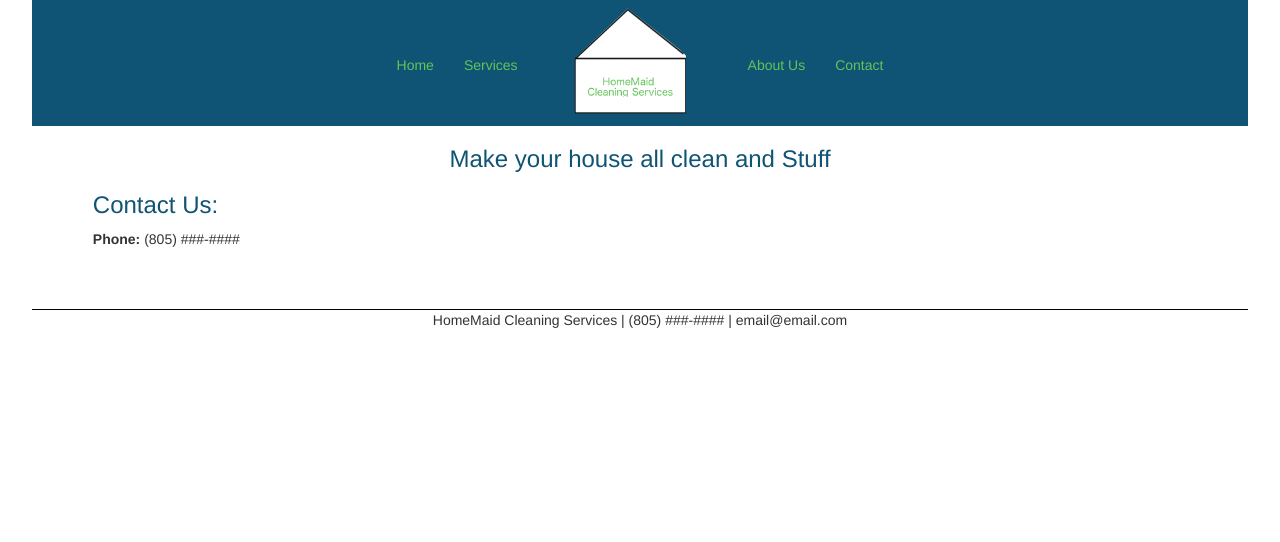
Repository: alprusa/HomeMaid-Cleaning-Service
Page: HomeMaid-Cleaning-Service/contact/index.html
The author's editor kept a copy of each file at every save. The page is drawn from the files as they stood at one save, then again after the next save.
The browser window is 1280 px wide. The pictures show the whole page.

Above is the page before, as saved 2016-07-11 04:02:09.

### HomeMaid-Cleaning-Service/contact/index.html
<!DOCTYPE html>
<html lang="en">
	<head>
		<meta charset="utf-8">

		<!-- Always force latest IE rendering engine (even in intranet) & Chrome Frame
		Remove this if you use the .htaccess -->
		<meta http-equiv="X-UA-Compatible" content="IE=edge,chrome=1">

		<title>Contact</title>
		<meta name="description" content="">
		<meta name="author" content="Alisa Prusa">

		<meta name="viewport" content="width=device-width; initial-scale=1.0">

		<!-- Replace favicon.ico & apple-touch-icon.png in the root of your domain and delete these references -->
		<link rel="shortcut icon" href="/favicon.ico">
		<link rel="apple-touch-icon" href="/apple-touch-icon.png">

		<link href="../defaultStyle.css" rel="stylesheet" type="text/css">
		<link rel="stylesheet" href="../bootstrap/css/bootstrap.min.css">
	</head>

	<body>
		<div id="mainContainter">
			<!--Navbar html section-->
			<nav class="navbar navbar-static-top" role="navigation">
                <div class="container-fluid">
                	<div class="navbar-header">
                        <!--Button that is created for menu when screen size reaches a certain limit-->
                        <button type="button" class="navbar-toggle" data-toggle="collapse" data-target=".navbar-collapse">
                            <span class="icon-bar"></span>
                            <span class="icon-bar"></span>
                            <span class="icon-bar"></span>
                        </button>
       				 </div>

                    <!--Buttons to go to different pages of the website-->
                    <div class="collapse navbar-collapse" id="navItems">
                        <ul class="nav navbar-nav">
                            <li class="navTabs"><a href="../">Home</a></li>
							<li class="navTabs"><a href="../services/">Services</a></li>
							<li>
								<div class="navbar-header">
                        			<!--Logo image button to go make to main page-->
                       				 <a href="../"><img src="../img/TempLogo.png" class="img-responsive" id="logo"/></a>
                       				 <!--<form action="#">
										 <button type="submit" id="appointment" href="#">Make an Appointment</button>
									 </form>-->
                   				 </div>
	                        </li>
							<li class="navTabs"><a href="../about/">About Us</a></li>
							<li class="navTabs"><a href="../contact/">Contact</a></li>
                        </ul>
                    </div>
                </div>
			</nav>

			<div id="bodyContent">
				<h3 style="text-align: center;">Make your house all clean and Stuff</h3>

		        <div class="infoSection">
			        <h3>Contact Us:</h3>
			        <p><b>Phone: </b>(805) ###-####</p>
		        </div>
			</div>

			<footer>
				<p>
					HomeMaid Cleaning Services | (805) ###-#### | email@email.com
				</p>
			</footer>
		</div>

		<script src="../jquery-1.2.0.js"></script>
    	<script src="../bootstrap/js/bootstrap.min.js"></script>
	</body>
</html>

### HomeMaid-Cleaning-Service/defaultStyle.css
#mainContainter{
	width: 95%;
	margin: auto;
}

a{
	color: #62c458 !important;
}

mark{
	color:#62C458 !important;
	background-color: #0F5474 !important;
}

mark:hover{
	color:#0F5474 !important;
	background-color: #62C458 !important;
	text-decoration: underline;
}

h3{
	color: #0f5474 !important;
}

.navbar{
    background-color: #0f5474 !important;
    text-align: center;
    float:center;
}

.navbar .navbar-nav {
  display: inline-block;
  float: none;
  vertical-align: top;
}

.navbar .navbar-collapse {
  text-align: center;
}

.navbar .navbar-toggle .icon-bar{
  background-color: #62c458 !important;
}

.navbar .navbar-toggle{
  border-color: #62c458 !important;
}

/*make it so the logo home page button does not have the hover effect that the other buttons have*/
a:hover,
a:focus{
    text-decoration: underline !important;
	color:#0f5474 !important;
	text-decoration-color:#0f5474 !important;
}

.navTabs{
	padding-top: 40px;
}

#logo{
	margin: auto;
    width:200px;
}

#appointment{
	border-radius:2px;
	background-color: #62C458 !important;
	color:#0f5474 !important;
}

#bodyContent{
	margin: auto;
	float: center;
}

#videoContainer{
	margin: auto;
	float: center;
}

#mainVid{
	margin: auto;
	width: 600px;
	float: center;
}

.infoSection{
	width: 90%;
	margin: auto;
	padding-bottom: 50px;
}

.infoImg{
	width: 200px;
	height: 100px;
	margin: auto;
	border: 2px #62C458 solid;
	margin-top: 5px;
}

footer{
	border-top: 1px black solid;
	text-align: center;
}

@media screen and (orientation:portrait)
{
	.navTabs{
		padding: 0;
	}
}

Loaded but not shown: HomeMaid-Cleaning-Service/bootstrap/css/bootstrap.min.css (library); HomeMaid-Cleaning-Service/jquery-1.2.0.js (library); HomeMaid-Cleaning-Service/bootstrap/js/bootstrap.min.js (library)

After the next save:
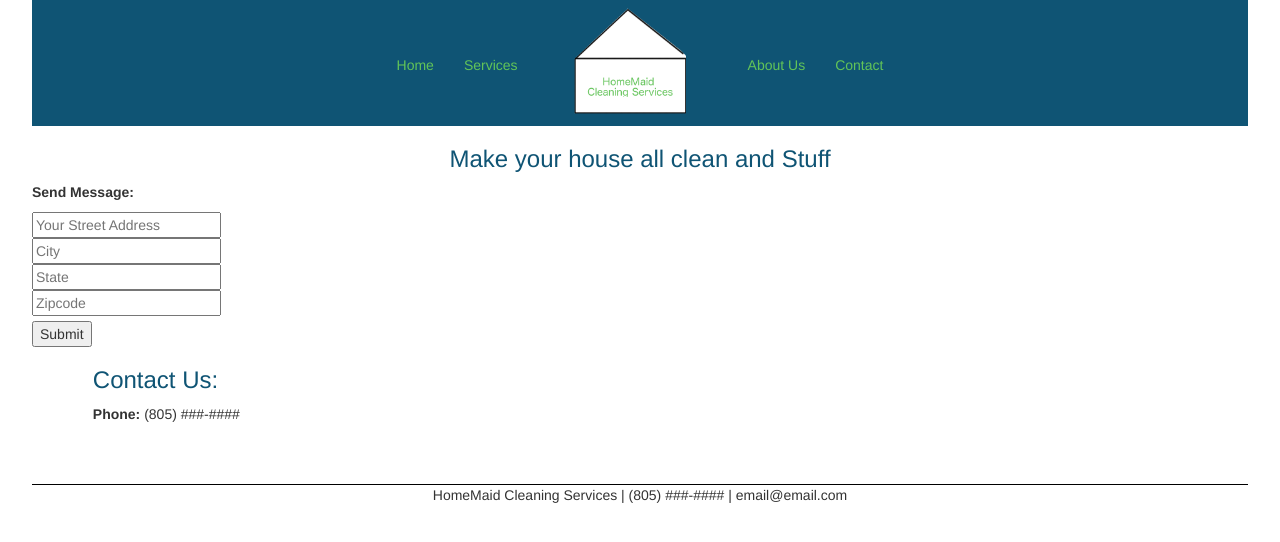
Saved 3 min 42 s later.
--- a/HomeMaid-Cleaning-Service/contact/index.html
+++ b/HomeMaid-Cleaning-Service/contact/index.html
@@ -59,6 +59,17 @@
 			<div id="bodyContent">
 				<h3 style="text-align: center;">Make your house all clean and Stuff</h3>
 
+				<form>
+	 				<p><b>Send Message:</b></p>
+					<input type="text" name="StreetAddress" id="StreetAddress" placeholder="Your Street Address" required><br>
+					<input type="text" name="City" id="City" placeholder="City" required><br>
+					<input type="text" name="State" id="State" placeholder="State" required><br>
+					<input type="text" name="Zipcode" id="Zipcode" placeholder="Zipcode" required><br>
+					<input id="submitButton" class="gVButton" type="submit" value="Submit" style="margin-top: 5px;" onclick="calcRoute();">
+					<input id="reopenButton" class="gVButton hidden" type="button" value="See Results" style="margin-top: 5px;" onclick="directionsWindow();">
+					<p style="color: #E82C0C;" id="errorText" class="hidden">Sorry the was an issue getting directions.</p>
+	 			</form>
+
 		        <div class="infoSection">
 			        <h3>Contact Us:</h3>
 			        <p><b>Phone: </b>(805) ###-####</p>
